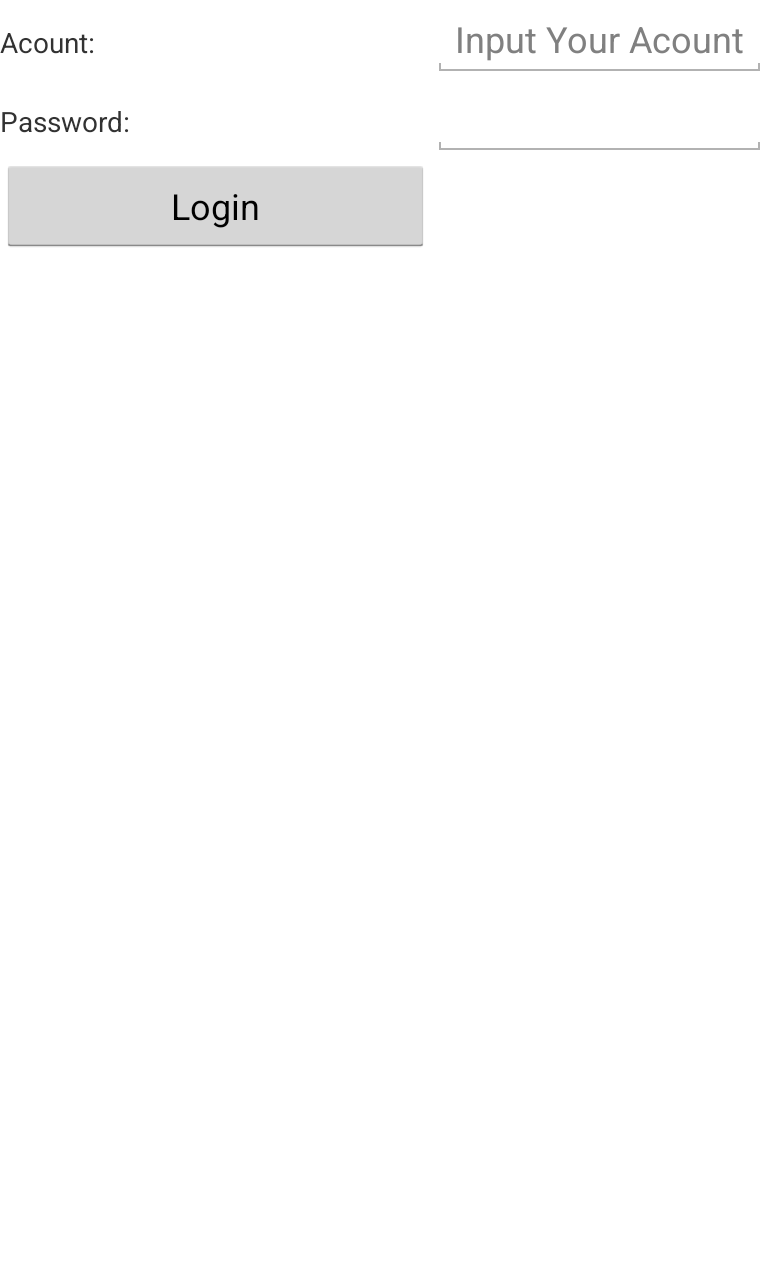
Repository: Ollyder/eclipse_work
Layout: TableLayout/res/layout/activity_main.xml
An editor plug-in stored every save of this project. The layout is shown before and after the next save, followed by the edit.
It is drawn on a 768 x 1280 px phone screen (xhdpi) without system bars, with theme AppTheme; the app's code is not run.

Above is the layout before, as saved 2017-05-28 04:32:46.

After the next save:
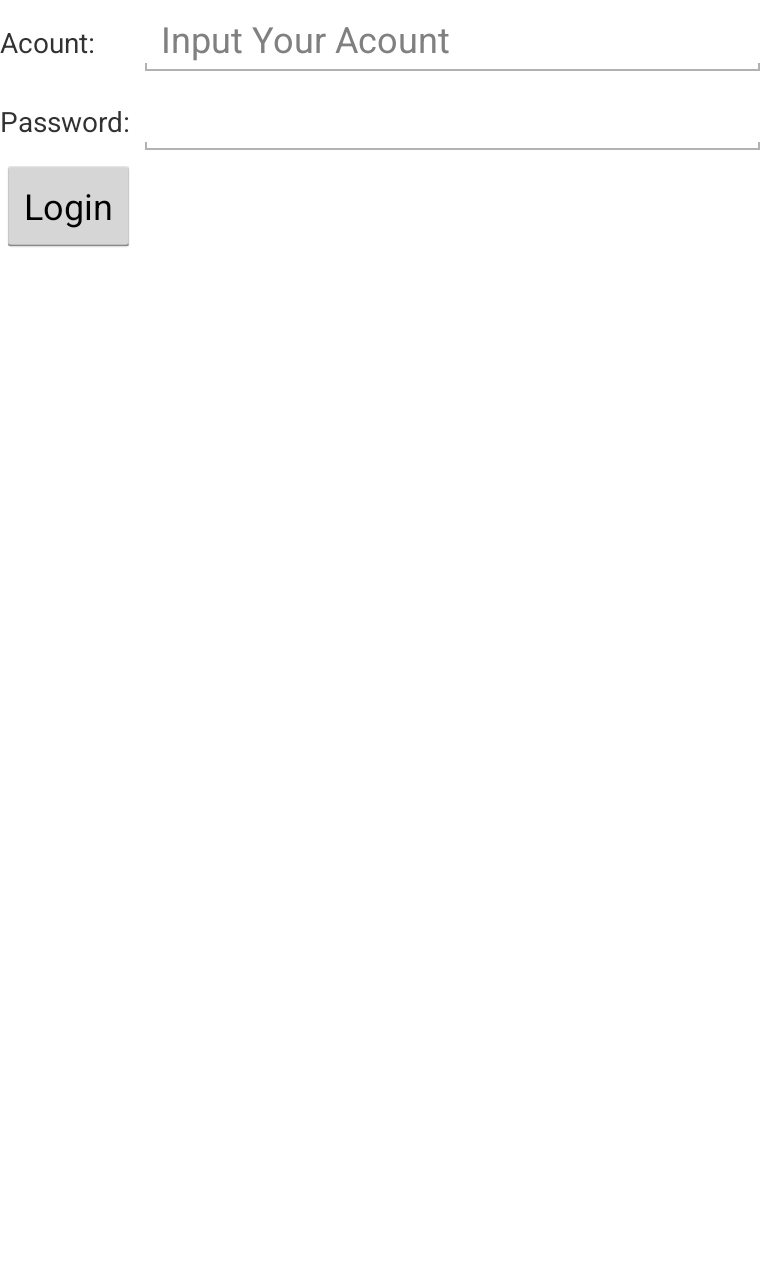
Saved 9 s later.
--- a/TableLayout/res/layout/activity_main.xml
+++ b/TableLayout/res/layout/activity_main.xml
@@ -1,7 +1,7 @@
 <TableLayout xmlns:android="http://schemas.android.com/apk/res/android"
     android:layout_width="match_parent"
     android:layout_height="match_parent"
-    android:stretchColumns="0">
+    android:stretchColumns="1">
 
     <TableRow>
 
